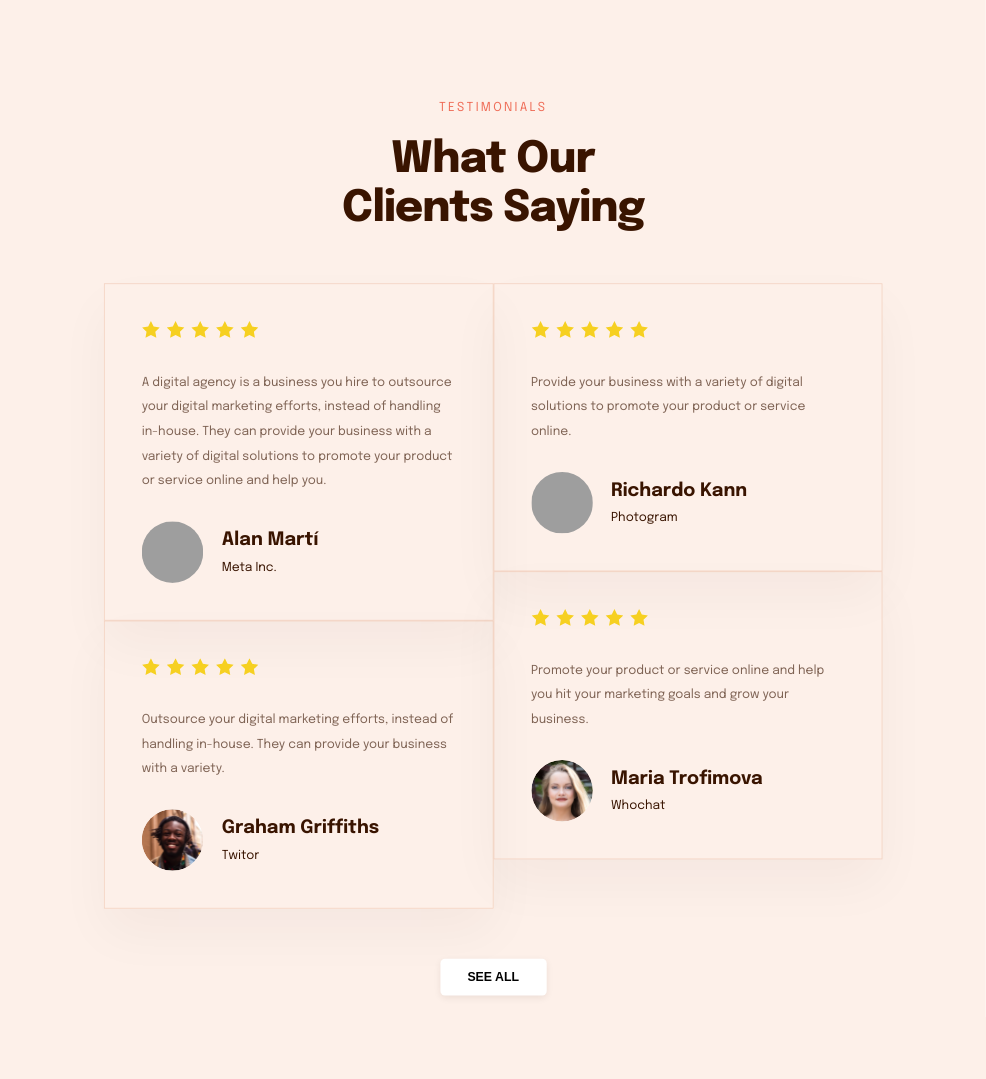
Repository: NatiqSamiyev/image-task
Page: aboutPage/index.html
These files come from the project's save history. The page is drawn as it stood at one moment and after the next save; the edit follows.
The browser window is 1280 px wide. The pictures show the whole page, at 77% of full size.
Pictures or frames that could not be fetched are drawn as grey boxes.

Above is the page before, as saved 2023-08-28 15:29:25.

After the next save:
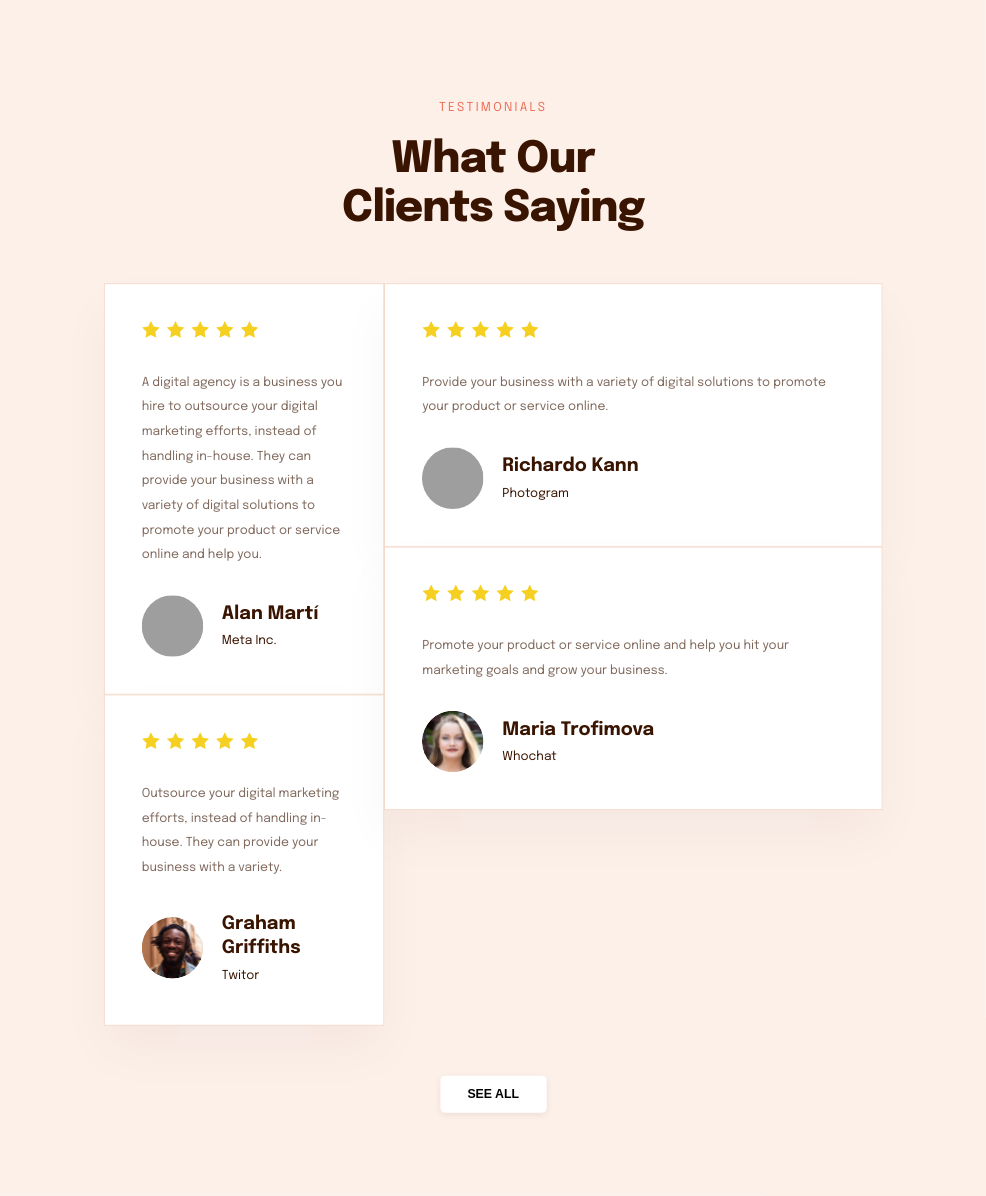
Saved 6 s later.
--- a/aboutPage/index.css
+++ b/aboutPage/index.css
@@ -48,7 +48,7 @@
 .about-page-container .image-box .left {
   width: 50%;
 }
-.about-page-container .image-box .right {
+.about-page-container .image-box .left {
   width: 50%;
 }
 
@@ -72,7 +72,7 @@
 .image-box .box {
   padding: 48px;
   border: 1px solid #f3d1bf;
-  /* background: #fff; */
+  background: #fff;
   box-shadow: 0px 32px 64px 0px rgba(57, 20, 0, 0.04);
 }
 .image-box .box .top-box{
